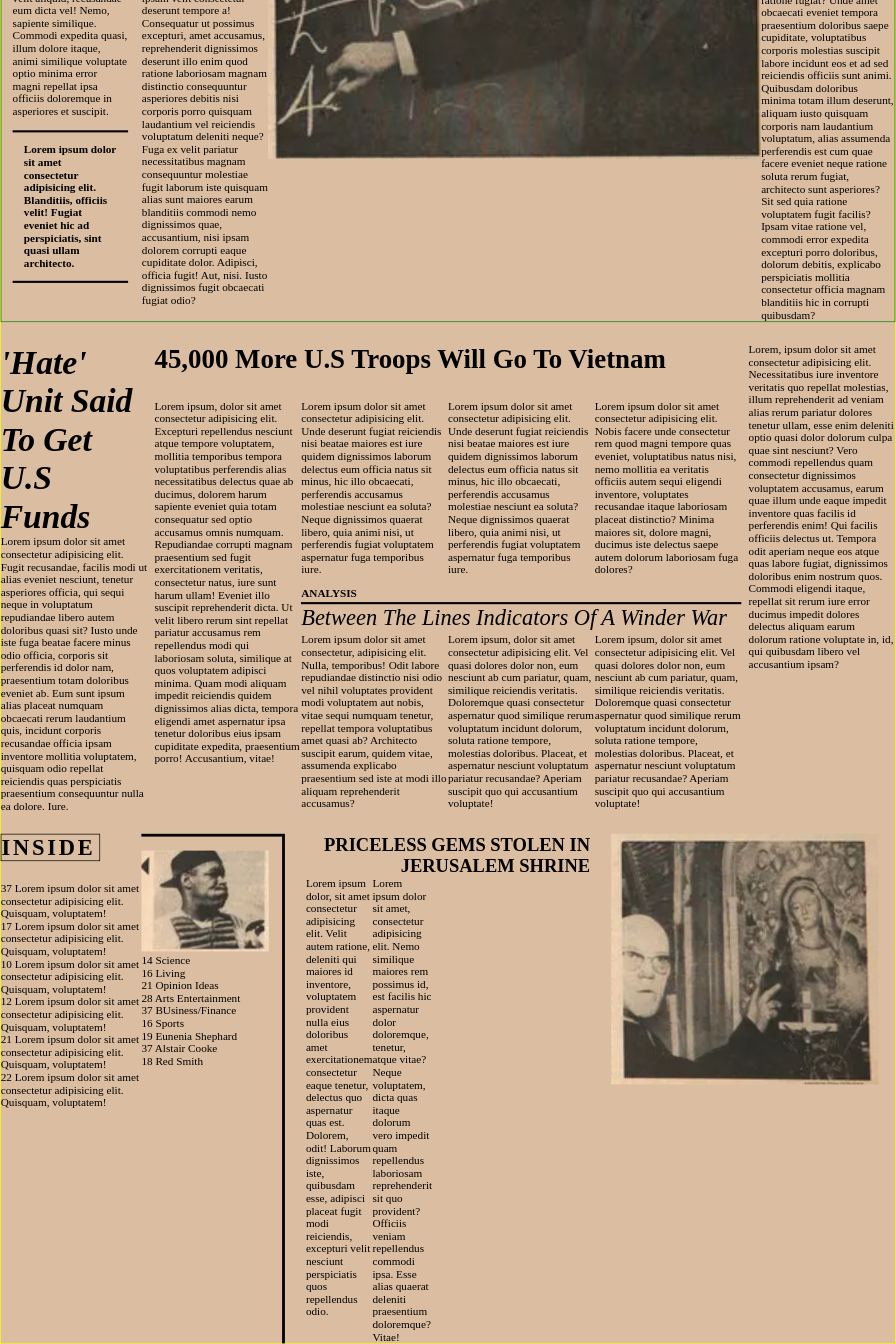
Repository: Arkitecth/newspaper-grid
Page: index.html
The author's editor kept a copy of each file at every save. The page is drawn from the files as they stood at one save, then again after the next save.
The browser window is 1280 px wide. The pictures show the part of the page from y = 823 to 2743 px (the page is 2743 px tall before and 2408 px after), at 70% of full size.

Above is the page before, as saved 2023-05-29 22:56:58.

After the next save:
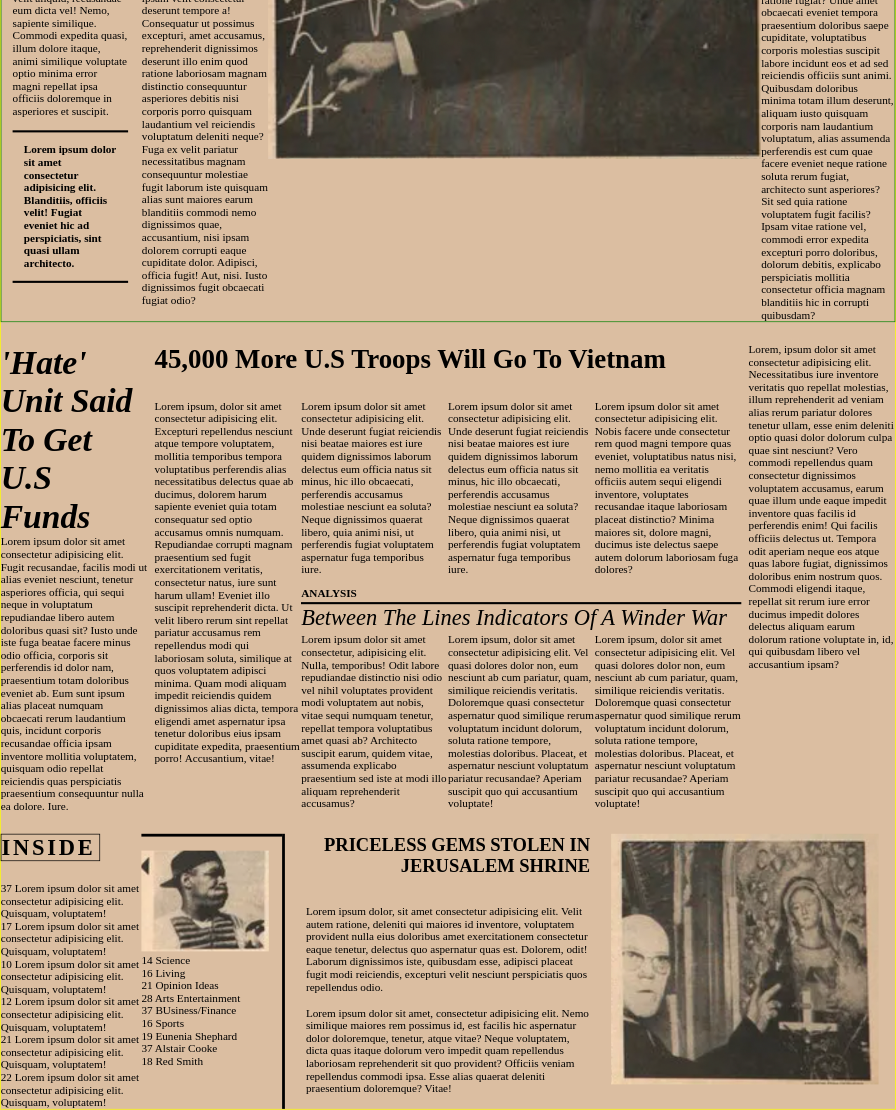
Saved 8 s later.
--- a/styles.css
+++ b/styles.css
@@ -196,5 +196,5 @@
 
 .next-row {
     display: grid;
-    grid-template-columns: 1fr 1fr 5fr;
-}
+    grid-template-columns: 1fr 1f;
+}
